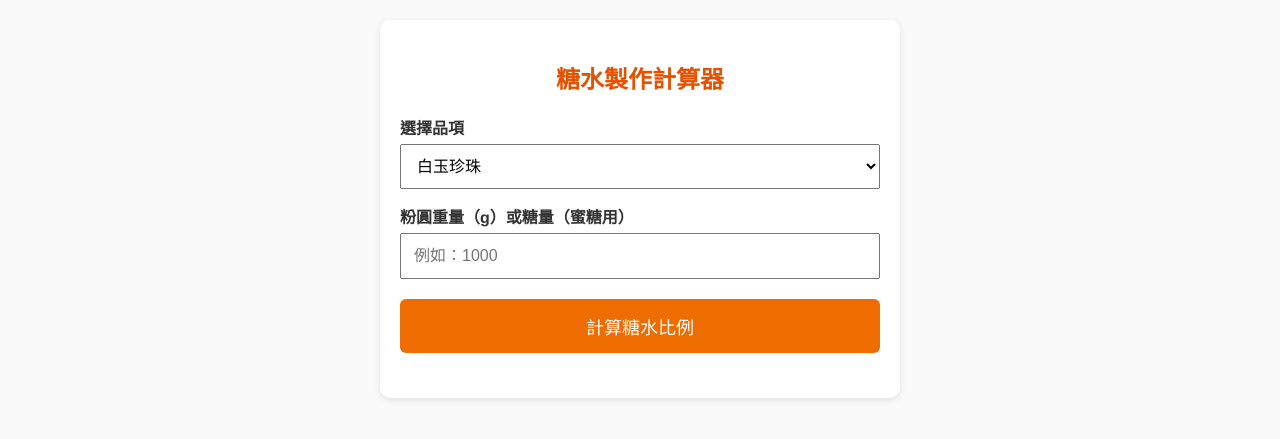
Repository: liying1106/tea-calculator
Page: 配料.html
An editor plug-in stored every save of this project. The page is shown before and after the next save, followed by the edit.
The browser window is 1280 px wide. The pictures show the whole page.

Above is the page before, as saved 2025-07-16 11:15:23.

### 配料.html
<!DOCTYPE html>
<html lang="zh-TW">
<head>
  <meta charset="UTF-8">
  <meta name="viewport" content="width=device-width, initial-scale=1">
  <title>糖水製作計算器</title>
  <style>
    body {
      font-family: "Helvetica", sans-serif;
      padding: 20px;
      margin: 0;
      background: #f9f9f9;
      color: #333;
    }
    .container {
      max-width: 480px;
      margin: auto;
      background: #fff;
      padding: 20px;
      border-radius: 10px;
      box-shadow: 0 2px 6px rgba(0,0,0,0.1);
    }
    h2 {
      text-align: center;
      color: #e65100;
    }
    label {
      margin-top: 15px;
      display: block;
      font-weight: bold;
    }
    select, input {
      width: 100%;
      padding: 12px;
      font-size: 16px;
      margin-top: 5px;
      box-sizing: border-box;
    }
    button {
      width: 100%;
      padding: 14px;
      background-color: #ef6c00;
      color: white;
      border: none;
      border-radius: 6px;
      font-size: 18px;
      margin-top: 20px;
    }
    button:hover {
      background-color: #e65100;
    }
    .row {
      display: flex;
      align-items: center;
      margin: 4px 0;
    }
    .icon {
      width: 2em;
      display: inline-block;
    }
    #result {
      margin-top: 25px;
      font-size: 18px;
      line-height: 1.5;
    }
    .note {
      font-size: 15px;
      color: #666;
      margin-top: 10px;
    }
  </style>
</head>
<body>
  <div class="container">
    <h2>糖水製作計算器</h2>

    <label>選擇品項</label>
    <select id="itemType">
      <option value="白玉珍珠">白玉珍珠</option>
      <option value="小粉圓">小粉圓</option>
      <option value="小芋圓">小芋圓</option>
      <option value="蜜糖">蜜糖</option>
    </select>

    <label>粉圓重量（g）或糖量（蜜糖用）</label>
    <input type="number" id="weight" placeholder="例如：1000" min="1">

    <button onclick="calculateSugar()">計算糖水比例</button>

    <div id="result"></div>
  </div>

  <script>
    const sugarData = {
      "白玉珍珠": {
        sugarRatio: 0.4,
        waterRatio: 0.4,
        honeyRatio: 0.1,
        cookTime: 40,
        steamTime: 40,
        soakTime: 15,
        shelfLife: 6
      },
      "小粉圓": {
        sugarRatio: 0.4,
        waterRatio: 0.4,
        honeyRatio: 0.1,
        cookTime: 15,
        steamTime: 15,
        soakTime: 10,
        shelfLife: 6
      },
      "小芋圓": {
        sugarRatio: 0.4,
        waterRatio: 0,
        honeyRatio: 0,
        cookTime: 5,
        steamTime: 5,
        soakTime: 5,
        shelfLife: 4
      }
    };

    function calculateSugar() {
      const type = document.getElementById("itemType").value;
      const weight = parseFloat(document.getElementById("weight").value);

      if (isNaN(weight) || weight <= 0) {
        document.getElementById("result").innerHTML = "<span style='color:red;'>請輸入正確的重量</span>";
        return;
      }

      if (type === "蜜糖") {
        const sugar = weight;
        const water = sugar / 2;
        const honey = sugar / 10;

        document.getElementById("result").innerHTML = `
          <hr>
          <div class="row"><span class="icon">🍬</span> 白砂糖：<strong>${sugar.toFixed(1)} 克</strong></div>
          <div class="row"><span class="icon">💧</span> 熱水：<strong>${water.toFixed(1)} cc</strong></div>
          <div class="row"><span class="icon">🍯</span> 蜂蜜：<strong>${honey.toFixed(1)} 克</strong></div>
          <div class="note">
            📌 蜜糖建議比例為 白砂糖 : 熱水 = <strong>2 : 1</strong>，並加入蜂蜜約糖重的 10%<br>
            可依需求自由調整濃度與甜度。
          </div>
        `;
        return;
      }

      const data = sugarData[type];
      const sugar = weight * data.sugarRatio;
      const water = weight * data.waterRatio;
      const honey = weight * data.honeyRatio;

      let output = `
        <hr>
        <div class="row"><span class="icon">🍬</span> 砂糖：<strong>${sugar.toFixed(1)} 克</strong></div>
        <div class="row"><span class="icon">💧</span> 熱水：<strong>${water.toFixed(1)} cc</strong></div>
        <div class="row"><span class="icon">🍯</span> 蜂蜜：<strong>${honey > 0 ? honey.toFixed(1) + ' 克' : '不加蜂蜜'}</strong></div>
        <div class="row"><span class="icon">🔥</span> 煮：${data.cookTime} 分鐘</div>
        <div class="row"><span class="icon">😌</span> 悶：${data.steamTime} 分鐘</div>
        <div class="row"><span class="icon">🕒</span> 蜜糖時間：${data.soakTime} 分鐘</div>
        <div class="note">🧊 建議存放時間：${data.shelfLife} 小時內使用完畢</div>
      `;

      document.getElementById("result").innerHTML = output;
    }
  </script>
</body>
</html>

After the next save:
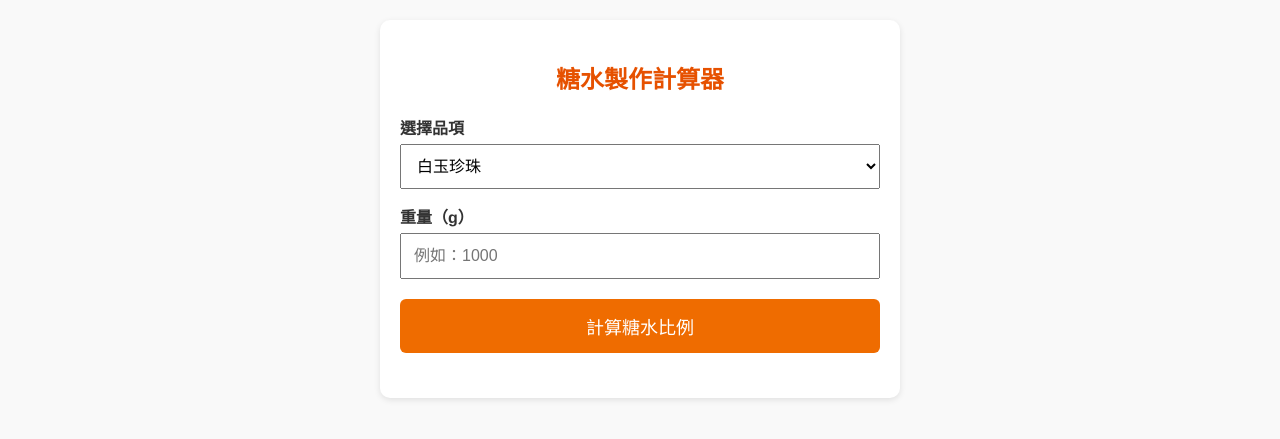
Saved 23 min 11 s later.
--- a/配料.html
+++ b/配料.html
@@ -80,9 +80,10 @@
       <option value="小粉圓">小粉圓</option>
       <option value="小芋圓">小芋圓</option>
       <option value="蜜糖">蜜糖</option>
+      <option value="鳳梨醬">鳳梨醬</option>
     </select>
 
-    <label>粉圓重量（g）或糖量（蜜糖用）</label>
+    <label>重量（g）</label>
     <input type="number" id="weight" placeholder="例如：1000" min="1">
 
     <button onclick="calculateSugar()">計算糖水比例</button>
@@ -130,6 +131,7 @@
         return;
       }
 
+      // 蜜糖邏輯
       if (type === "蜜糖") {
         const sugar = weight;
         const water = sugar / 2;
@@ -148,6 +150,28 @@
         return;
       }
 
+      // 鳳梨醬邏輯
+      if (type === "鳳梨醬") {
+        const pineapple = weight;
+        const sugar = pineapple;
+        const lemonJuice = pineapple * 0.05;
+        const honey = pineapple * 0.05;
+
+        document.getElementById("result").innerHTML = `
+          <hr>
+          <div class="row"><span class="icon">🍍</span> 鳳梨果肉：<strong>${pineapple.toFixed(1)} 克</strong></div>
+          <div class="row"><span class="icon">🍬</span> 白砂糖：<strong>${sugar.toFixed(1)} 克</strong></div>
+          <div class="row"><span class="icon">🍋</span> 檸檬汁：<strong>${lemonJuice.toFixed(1)} 克</strong></div>
+          <div class="row"><span class="icon">🍯</span> 蜂蜜：<strong>${honey.toFixed(1)} 克</strong></div>
+          <div class="note">
+            📌 鳳梨醬建議比例為 鳳梨 : 砂糖 : 檸檬汁 : 蜂蜜 = <strong>1 : 1 : 0.05 : 0.05</strong><br>
+            可依照實際口感微調酸甜比例。
+          </div>
+        `;
+        return;
+      }
+
+      // 其他品項
       const data = sugarData[type];
       const sugar = weight * data.sugarRatio;
       const water = weight * data.waterRatio;
